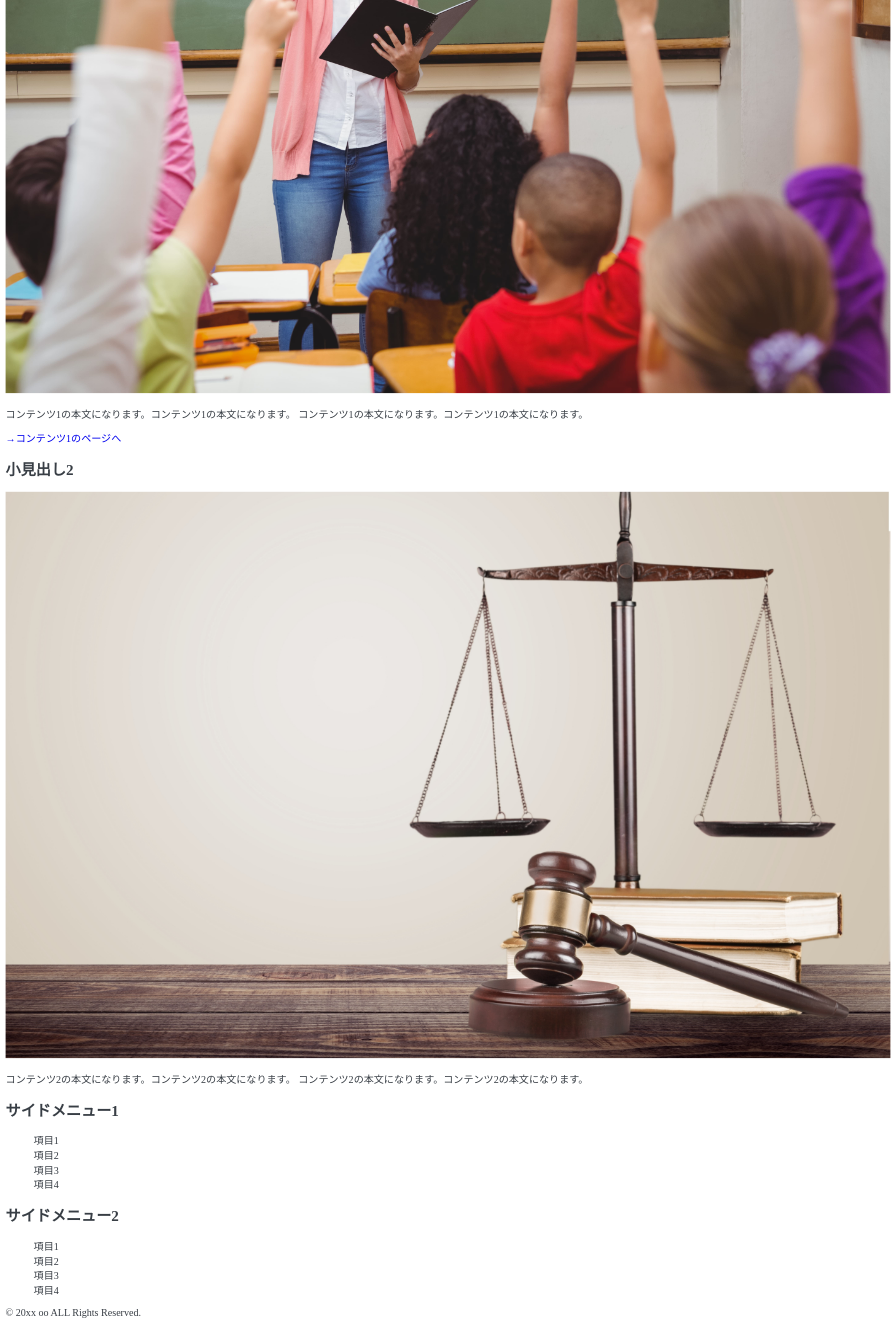
Repository: kozue-terao/samurai_HTML-CSS
Page: home.html
The author's editor kept a record of every edit. The page is drawn from the files as they stood at one moment, then again after the next edit.
The browser window is 1280 px wide. The pictures show the part of the page from y = 1422 to 3342 px (the page is 3320 px tall before and 3342 px after), at 70% of full size.

Above is the page before.

### home.html
<!DOCTYPE html>
<html lang="ja">
    <head>
        <meta charset="UTF-8">
        <title>HTML/CSSの学習</title>
        <link rel="stylesheet" href="stylesheet.css">
    </head>
    <body>
     <div id="header">
         <h1><a href="index.html"><img id="corridor" src="images/corridor.jpg" alt="大学の廊下" /></a></h1>
     </div>
     <div id="wrapper">
         <div id="nav">
           <ul>
             <li><a href="home.html">ナビ1</a></li>
             <li><a href="#">ナビ2</a></li>
             <li><a href="#">ナビ3</a></li>
             <li><a href="#">ナビ4</a></li>
             <li><a href="#">ナビ5</a></li>
           </ul>
         </div>
             <div id="container">
                 <div id="main">
                     <div class="post">
                         <p>ここは文章が入ります。ここは文章が入ります。<br />今は、適当な文章をいれてあります。これをダミーテキストといいます。</p>
                 </div>
                 <div class="post clearfix">
                     <h2>小見出し1</h2>
                     <img class="left" src="images/classroom.jpg" alt="授業風景" />
                 <p>
                     コンテンツ1の本文になります。コンテンツ1の本文になります。
                     コンテンツ1の本文になります。コンテンツ1の本文になります。
                 </p>
                 <p><a href="#">→コンテンツ1のページへ</a></p>
                 </div>
                 <div class="post clearfix">
                     <h2>小見出し2</h2>
                     <img class="right" src="images/scale.jpg" alt="天秤" />
                     <p>
                    コンテンツ2の本文になります。コンテンツ2の本文になります。
                    コンテンツ2の本文になります。コンテンツ2の本文になります。
                     </p>
                 </div>
               </div>
                <div id="side">
                    <div class="box">
                        <h2>サイドメニュー1</h2>
                        <div class="boxBody">
                            <ul>
                               <li>項目1</li>
                               <li>項目2</li>
                               <li>項目3</li>
                               <li>項目4</li>
                            </ul>
                        </div>
                    </div>
                    <div class="box">
                        <h2>サイドメニュー2</h2>
                        <div class="boxBody">
                            <ul>
                               <li>項目1</li>
                               <li>項目2</li>
                               <li>項目3</li>
                               <li>項目4</li>
                            </ul>
                        </div>
                    </div>
                </div>
            </div>
        </div>
        <div id="footer">
            <p>&copy; 20xx oo ALL Rights Reserved.</p>
        </div>
   </body>
</html>

### stylesheet.css
@charset "utf-8";
html {
    font-size: 100%;
}
body {
    color: #383e45;
    font-size: 0.9rem;
}

a {
    text-decoration: none;
}

img {
    max-width: 100%;
}
li {
    list-style: none;
}

.site-title {
    width: 120px;
    line-height: 1px;
    padding: 10px 0;
}
.site-title a {
    display: block;
}

.section-title {
    display: inline-block;
    font-size: 2rem;
    text-align: center;
    margin-bottom: 60px;
    border-bottom: solid 1px #383e45;
}

.content-title {
    font-size: 1rem;
    margin:10px 0;
}

.wrapper {
    max-width: 960px;
    margin: 0 auto 100px auto;
    padding: 0 4%;
    text-align: center;
}
/*----------ヘッダー----------*/
#header {
    display: flex;
    justify-content: space-between;
    align-items: center;
    margin: 0 auto;
}

#header ul {
    display: flex;
    padding: 10px 0;
}

#header li {
    margin-left: 30px;
}

#header li a {
    color: #24292e;
}

#header li a:hover {
    opacity: 0.7;
}

/*-----mainvisisual---------*/
#mainvisisual {
    margin-bottom: 80px;
}
#mainvisisual img {
    width: 100%;
    max-width: 1920px;
    height: 600px;
    object-fit: cover;
}

@media screen and (max-width: 600) {
   /*-------mainvisisual-------*/
   #mainvisisual img {
       height: calc(100vh - 60px);
   }

#about .content {
    display: flex;
    justify-content: center;
    align-items: center;
}

#about .text {
    text-align: left;
}
@medea screen and (max-width: 600px) {
    flex-direction: column;
}
#about img {
    margin-right:  0;
}
}

#bicycle ul {
    display: flex;
    justify-content: space-between;
}
#bicycle li {
    width: 32%;
}

@media screen and (max-width: 600px) {
    #bicycle ul {
        flex-direction: column;
    }
    #bicycle li {
        width: 100%;
        margin-bottom: 30px;
    }
}

After the next edit:
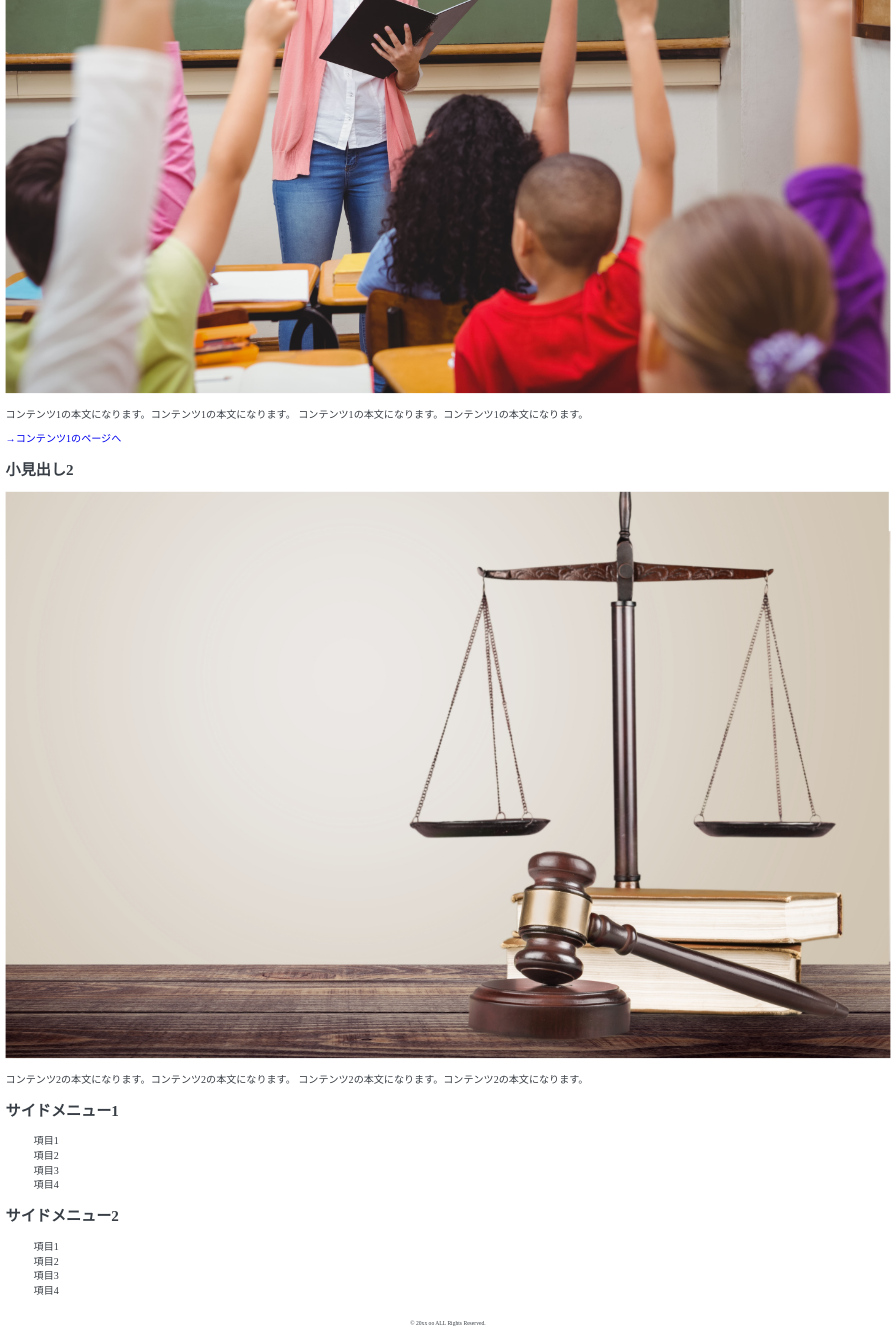
The edit:
--- a/stylesheet.css
+++ b/stylesheet.css
@@ -122,3 +122,8 @@ li {
         margin-bottom: 30px;
     }
 }
+#footer {
+    font-size:  0.5rem;
+    padding: 10px 0;
+    text-align: center;
+}
